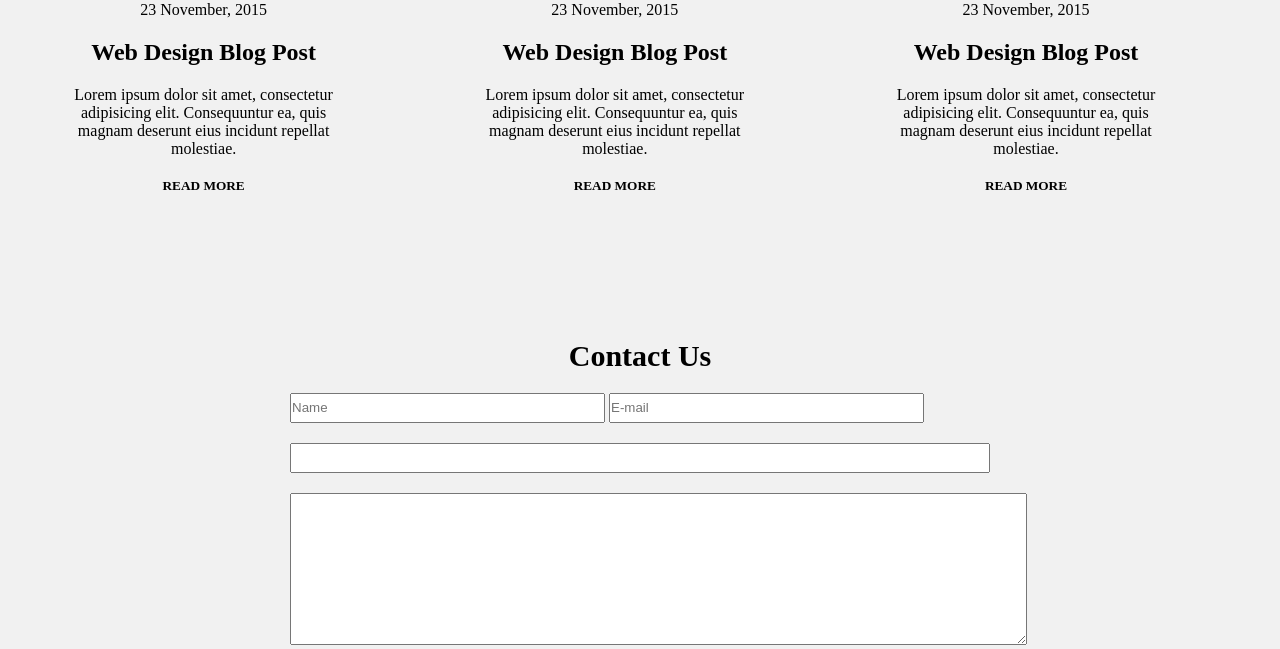
Repository: Ahmedalid/New-project
Page: Rout/index.html
The author's editor kept a copy of each file at every save. The page is drawn from the files as they stood at one save, then again after the next save.
The browser window is 1280 px wide. The pictures show the part of the page from y = 3461 to 4110 px (the page is 4110 px tall).
A picture or video elsewhere on the page could not be fetched, so the positions and the page height are approximate.

Above is the page before, as saved 2023-05-24 19:52:18.

### Rout/index.html
<!DOCTYPE html>
<html lang="en">

<head>
    <meta charset="UTF-8">
    <meta http-equiv="X-UA-Compatible" content="IE=edge">
    <meta name="viewport" content="width=device-width, initial-scale=1.0">
    <link rel="stylesheet" href="https://cdnjs.cloudflare.com/ajax/libs/font-awesome/6.4.0/css/all.min.css">
    <link rel="stylesheet" href="css/style.css">
    <title>Document</title>
</head>

<body>
    <div class="bg-img" style="background-image: url(img/slider-02.jpg);">

        <div class="container pt">
            <div class="header-nav logo-nav">
                <h2>Fokir</h2>
            </div>
            <div class="header-nav">
                <ul>
                    <li><span class="nav-home">Home</span></li>
                    <li>About</li>
                    <li>Services </li>
                    <li>Portfolio</li>
                    <li>Testimonial</li>
                    <li>Blog </li>
                    <li>Contact</li>


                </ul>

            </div>
        </div>
        <div class="auto container">
            <h4 class="mt">Hello i'm</h4>
            <h1 class="mt">ALEX SMITH</h1>
            <p class="mt">Professional Web DesignerDesignerDeveloper</p>
        </div>

    </div>
    <div class="section-mt">
        <div class="section-2 container ">
            <div class="element-1">
                <span>
                    <img src="img/work-7.jpg" alt="Work-7">
                </span>
            </div>
            <div class="element-1">
                <h1><span>I</span>HELLO,</h1>
                <p class="mt">
                    Lorem ipsum dolor sit amet, consectetur adipisicing elit, sed do eiusmod tempor incididunt ut labore
                    et dolore magna aliqua. Ut enim ad minim veniam, quis nostrud exercitation ullamco laboris nisi ut
                    aliquip ex ea commodo consequat. Duis aute irure dolor in reprehenderit in voluptate velit esse
                    cillum dolore eu fugiat nulla pariatur. Excepteur sint occaecat cupidatat non proident, sunt in
                    culpa qui officia deserunt mollit anim id est laborum.
                </p>
                <div class="mt border"> </div>
                <div class="Name mt">
                    <div class="mt">Name: Rdam smith</div>
                    <div class="mt">Age: 26 Year</div>
                    <div class="mt">Freelance: Available</div>
                </div>
                <div class="Name mt">
                    <div class="mt">Job Title: UI/UX Designe</div>
                    <div class="mt">Location: United States, US</div>
                    <div class="mt">E-mail: example@gmail.com</div>
                </div>
                <div class="mt">
                    <button class="btn">Download CV <span><i class="fa fa-download"
                                aria-hidden="true"></i></span></button>

                    <button class="btn">Hire My <span><i class="fa fa-paper-plane"
                                aria-hidden="true"></i></span></button>
                </div>


            </div>
        </div>
    </div>
    <!-- section-3 -->
    <div class="section-bg">
        <section class="section-mt  ">
            <h1 class="pt">Our Services</h1>
            <div class="mt ">
                <div class="Services text-center">
                    <span class="mt"><i class="fa-solid fa-pen text-color"></i></span>
                    <h2 class="mt">UI/UX DESIGN</h2>
                    <p class="mt"> Lorem ipsum dolor sit amet, consectetur adipisicing elit. Ratione adipisci mollitia
                        quis
                        necstatibus.</p>
                </div>
                <div class="Services text-center">
                    <span class="mt"><i class="fa-solid fa-pen text-color"></i></span>
                    <h2 class="mt">APP DEVELOPMENT</h2>
                    <p class="mt"> Lorem ipsum dolor sit amet, consectetur adipisicing elit. Ratione adipisci mollitia
                        quis
                        necstatibus.</p>
                </div>
                <div class="Services text-center">
                    <span class="mt"><i class="fa-solid fa-pen text-color"></i></span>
                    <h2 class="mt">PRODUCT DESIGN</h2>
                    <p class="mt"> Lorem ipsum dolor sit amet, consectetur adipisicing elit. Ratione adipisci mollitia
                        quis
                        necstatibus.</p>
                </div>
                <div class="Services text-center">
                    <span class="mt"><i class="fa-solid fa-pen text-color"></i></span>
                    <h2 class="mt">UI/UX DESIGN</h2>
                    <p class="mt"> Lorem ipsum dolor sit amet, consectetur adipisicing elit. Ratione adipisci mollitia
                        quis
                        necstatibus.</p>
                </div>

            </div>
        </section>
    </div>
    <!-- section-4 -->
    <div class="">
        <section class="section-mt  ">
            <h1 class="pt">Our Portfolio</h1>
            <div class="text-center">
                <p class="p-Our">All</p>
                <p class="p-Our">GRAPHIC</p>
                <p class="p-Our">WEB DESIGN</p>
                <p class="p-Our">PRADNIG</p>
            </div>
            <div class="mt container">
                <div class="Portfolio text-center">
                    <span>
                        <img src="img/1.jpg" alt="">
                    </span>
                </div>
                <div class="Portfolio text-center">
                    <span>
                        <img src="img/2.jpg" alt="">
                    </span>
                </div>
                <div class="Portfolio text-center">
                    <span>
                        <img src="img/3.jpg" alt="">
                    </span>
                </div>
                <div class="Portfolio text-center">
                    <img src="img/5.jpg" alt="">
                </div>
                <div class="Portfolio text-center">
                    <img src="img/4.jpg" alt="">
                </div>
                <div class="Portfolio text-center">
                    <img src="img/6.jpg" alt="">
                </div>

            </div>
        </section>
    </div>

    <div class="section-bg">
        <section class="section-mt  ">
            <div class="mt ">
                <div class="Services text-center">
                    <span class="mt"><i class="fa-solid fa-pen text-color"></i></span>
                    <h2 class="mt">7</h2>
                    <p class="mt">Lorem, ipsum dolor.</p>
                </div>
                <div class="Services text-center">
                    <span class="mt"><i class="fa-solid fa-pen text-color"></i></span>
                    <h2 class="mt">9</h2>
                    <p class="mt"> Lorem ipsum dolor sit..</p>
                </div>
                <div class="Services text-center">
                    <span class="mt"><i class="fa-solid fa-pen text-color"></i></span>
                    <h2 class="mt">5</h2>
                    <p class="mt">Lorem ipsum dolor sit..</p>
                </div>
                <div class="Services text-center">
                    <span class="mt"><i class="fa-solid fa-pen text-color"></i></span>
                    <h2 class="mt">7</h2>
                    <p class="mt"> Lorem, ipsum dolor.</p>
                </div>

            </div>
        </section>
    </div>
    <section class="section-mt">
        <h1 class="text-center">Client's Feedback</h1>
        <div class="text-center mt">
            <img src="img/2 (1).jpg" alt="" class="w-3">
        </div>
    </section>
    <div class="section-bg">
        <section class="section-mt  ">
            <h1 class="pt">Our Blog</h1>
            <div class="mt ">
                <div class="Blog text-center">
                    <span class="mt">
                        <img src="img/1 (1).jpg" alt="">
                    </span>
                    <p class="mt">23 November, 2015</p>
                    <h2 class="mt"> Web Design Blog Post </h2>
                    <p class="mt">Lorem ipsum dolor sit amet, consectetur adipisicing elit. Consequuntur ea, quis magnam deserunt
                        eius incidunt repellat molestiae.</p>
                        <h5 class="mt">READ MORE </h5>


                </div>
                <div class="Blog text-center">
                    <span class="mt">
                        <img src="img/1 (1).jpg" alt="">
                    </span>
                    <p class="mt">23 November, 2015</p>
                    <h2 class="mt"> Web Design Blog Post </h2>
                    <p class="mt">Lorem ipsum dolor sit amet, consectetur adipisicing elit. Consequuntur ea, quis magnam deserunt
                        eius incidunt repellat molestiae.</p>
                        <h5 class="mt">READ MORE </h5>


                </div>
                <div class="Blog text-center">
                    <span class="mt">
                        <img src="img/1 (1).jpg" alt="">
                    </span>
                    <p class="mt">23 November, 2015</p>
                    <h2 class="mt"> Web Design Blog Post </h2>
                    <p class="mt">Lorem ipsum dolor sit amet, consectetur adipisicing elit. Consequuntur ea, quis magnam deserunt
                        eius incidunt repellat molestiae.</p>
                        <h5 class="mt">READ MORE </h5>


                </div>



            </div>
        </section>
        <section class="section-mt">
            <div class="text-center">
                <h1>Contact Us</h1>

            </div>
            <div class="Contact">
                <div class="mt">
                 <input type="text" placeholder="Name" class="w-5 h-input" name="" id="">
                <input type="text" name="" id="" placeholder="E-mail" class="w-5 input-l h-input">
                <input type="text" class="w-10 mt h-input" name="" id="">
                <textarea name="" class="mt" id="" cols="90" rows="10"></textarea>
                </div>
            </div>
        </section>
    </div>
</body>

</html>

### Rout/css/style.css
*{
    margin: 0;
    padding: 0;
    box-sizing: border-box;
}
.container{
    margin: auto 111px;
}
.bg-img{
    background-repeat: no-repeat;
    background-size: cover;
    height: 100vh;
}
.header-nav{
    display: inline-block;
    width: 49%;
    color: white;
}
.pt{
    padding-top: 25px;
}
.mt{
    margin-top: 20px;
}
.logo-nav h2{
    color: #ff305b;
    font-weight: bold;
    cursor: pointer;
    transition: 1.5s;
}
.logo-nav h2:hover{
    text-decoration: underline;
}
.header-nav ul li{
    display: inline-block;
    padding-left: 17px;
}
.nav-home{
    color: #ff305b;
}
.header-nav ul li:hover{
    text-decoration: underline;
    color: #ff305b;
    cursor: pointer;
}
.auto{
    /* margin: auto; */
    padding-top: 230px;
    color: white;
    text-align: center;
    font-weight: bold;
}
.element-1{
    display: inline-block;
    width: 49%;
    vertical-align: top;
}
.element-1 h1 span{
    color: #ff305b;
}
.border{
    border: dotted 1px black;
}
.Name{
    display: inline-block;
    width: 48%;
}
.section-mt{
    margin-top: 30px;
}
.btn{
    border: none;
    outline: none;
    background-color: #ff305b;
    color: white;
    padding: 12px;
    border-radius: 10px;
    cursor: pointer;
    transition: 0.5s;
}
.btn:hover{
    background-color: #ec2403;
}
.btn span i{
    margin-left: 7px;
}
.section-mt h1{
    text-align: center;
    font-size: 30px;
    font-weight: bold;
    padding-top: 100px;
}
.section-bg{
    background-color: #f1f1f1;

}
.Services{
    margin: auto 50px;
    display: inline-block;
    width: 15%;
    padding: 15px;
    cursor: pointer;
    transition: width 2s;
}
.text-color{
    color: #ff305b;
}
.text-center{
    text-align: center;
}
.Services:hover{
    background-color: white;
    width: 20%;

}

.Portfolio{
    /* margin: auto 50px; */
    display: inline-block;
    width: 33%;
    /* padding: 15px; */
    cursor: pointer;
    transition: width 2s;
}
img{
    width: 100%;
}
.p-Our{
    display: inline-block;
    text-align: center;
    margin-top: 15px;
    padding-left: 20px;
    transition: all 0.5s;
    cursor: pointer;
}
.p-Our:hover{
    border-bottom: 1px solid #ff305b;
}
.w-3{
    width: 30%;
}
.Blog{
    margin: auto 50px;
    display: inline-block;
    width: 24%;
    padding: 15px;
    cursor: pointer;
    transition: width 2s;
}
.Contact{
    margin: auto 290px;
}
.w-5{
    width: 45%;
}
.h-input{
    height: 30px;
}
.w-10{
    width: 100%;
}
.input-l{
    /* margin-left: 250px; */
}

After the next save:
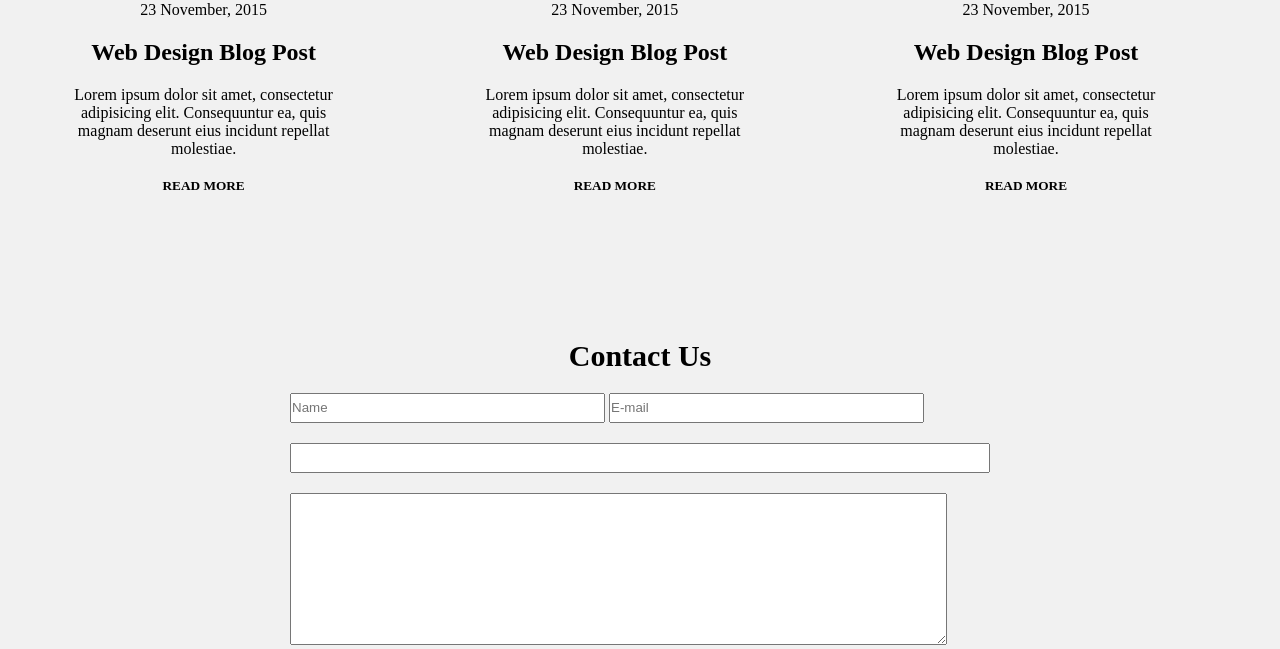
Saved 7 s later.
--- a/Rout/index.html
+++ b/Rout/index.html
@@ -243,7 +243,7 @@
                  <input type="text" placeholder="Name" class="w-5 h-input" name="" id="">
                 <input type="text" name="" id="" placeholder="E-mail" class="w-5 input-l h-input">
                 <input type="text" class="w-10 mt h-input" name="" id="">
-                <textarea name="" class="mt" id="" cols="90" rows="10"></textarea>
+                <textarea name="" class="mt" id="" cols="80" rows="10"></textarea>
                 </div>
             </div>
         </section>
